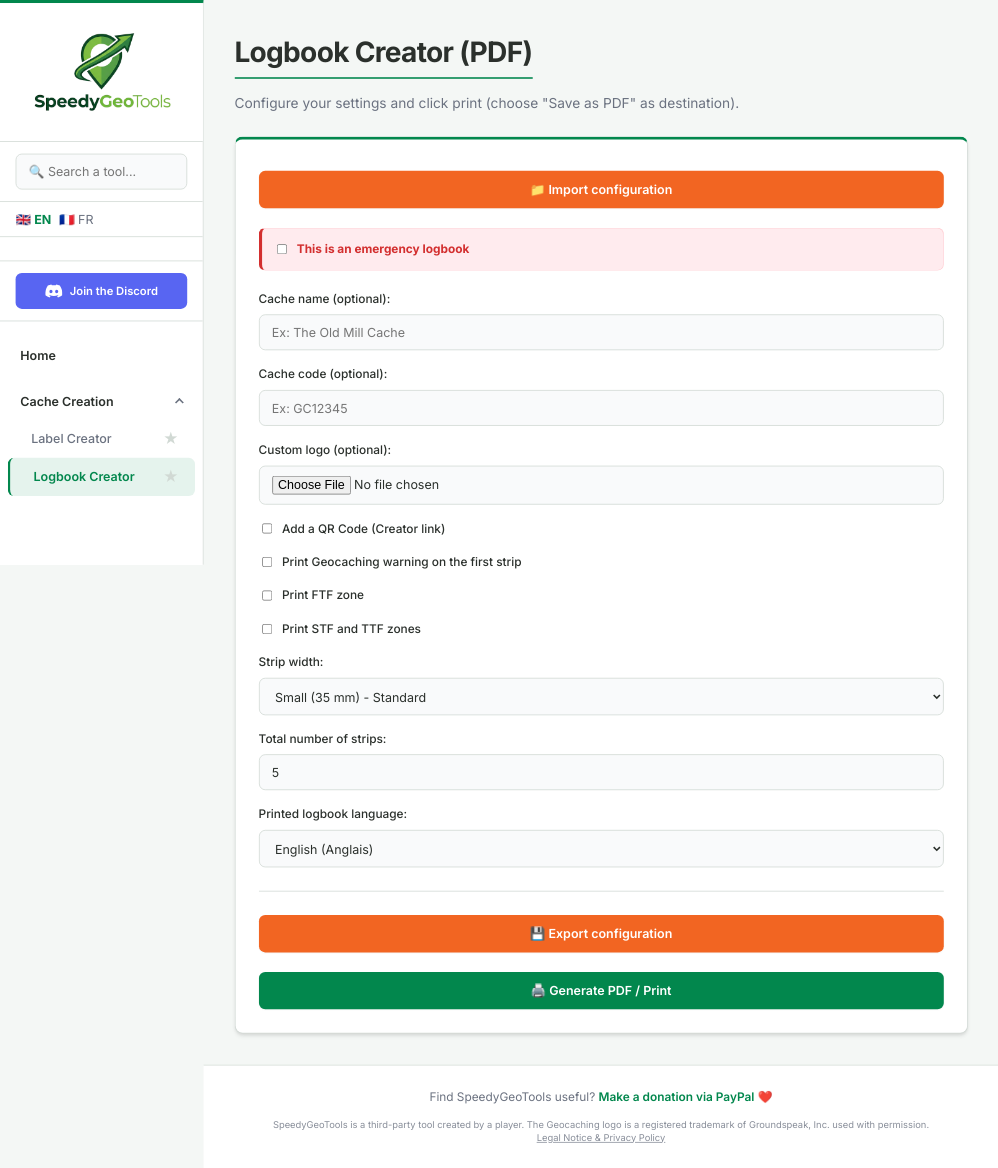
Repository: rodafux/SpeedyGeoTools
Page: logbook.html
The author's editor kept a copy of each file at every save. The page is drawn from the files as they stood at one save, then again after the next save.
The browser window is 1280 px wide. The pictures show the whole page, at 78% of full size.

Above is the page before, as saved 2026-04-11 01:23:23.

After the next save:
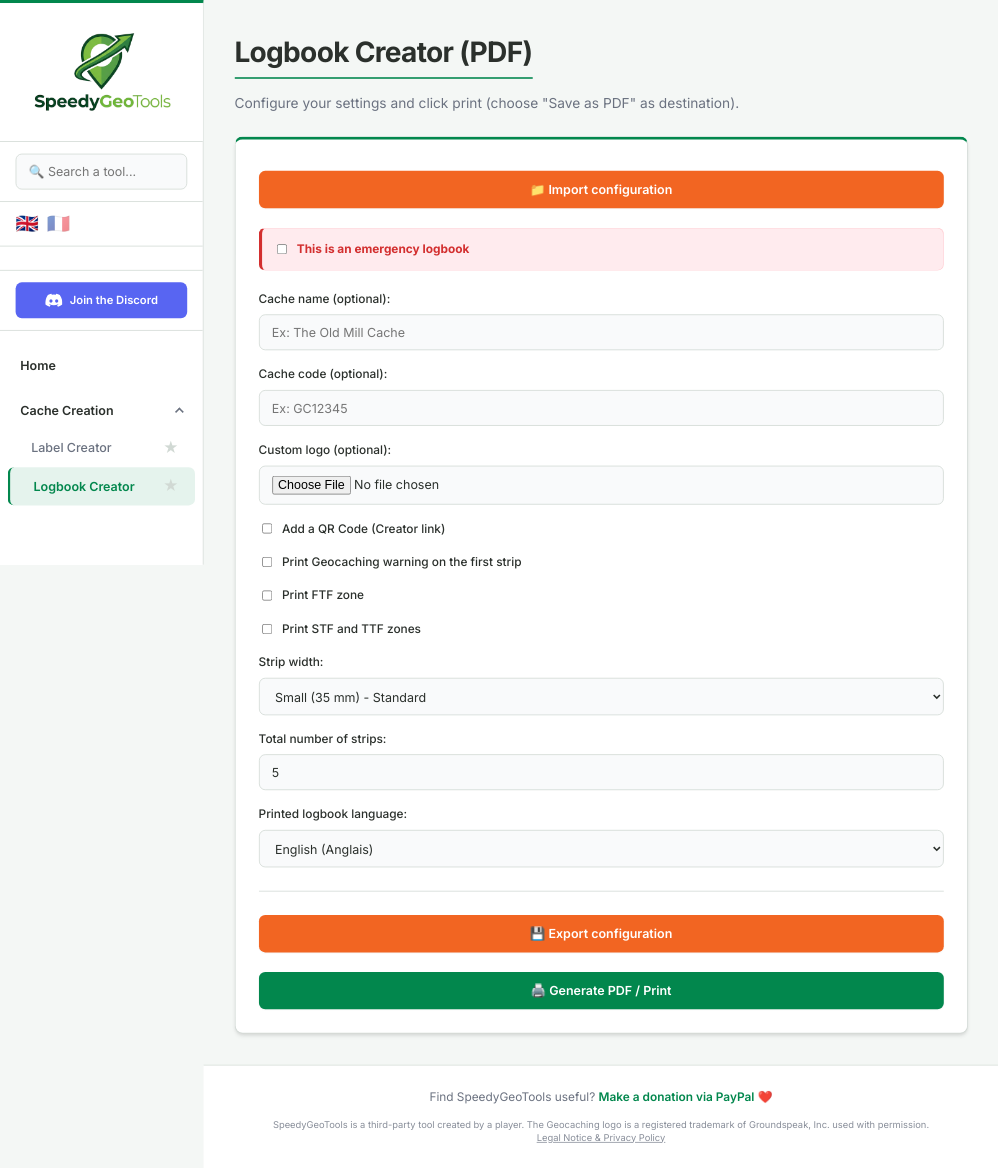
Saved 7 s later.
--- a/logbook.html
+++ b/logbook.html
@@ -28,8 +28,8 @@
                 <input type="text" id="toolSearch" placeholder="🔍 Search a tool..." onkeyup="filterTools()">
             </div>
             <div style="padding: 10px 20px; border-bottom: 1px solid var(--border-color); display: flex; gap: 10px;">
-                <a href="logbook.html" style="text-decoration: none; font-weight: bold; color: var(--primary-color);">🇬🇧 EN</a>
-                <a href="fr/logbook.html" style="text-decoration: none; color: var(--text-muted);">🇫🇷 FR</a>
+                <a href="logbook.html" style="text-decoration: none; font-size: 1.5rem; opacity: 1;">🇬🇧</a>
+                <a href="fr/logbook.html" style="text-decoration: none; font-size: 1.5rem; opacity: 0.5;">🇫🇷</a>
             </div>
             <div id="google_translate_element" class="translation-widget"></div>
             <div class="sidebar-discord">
